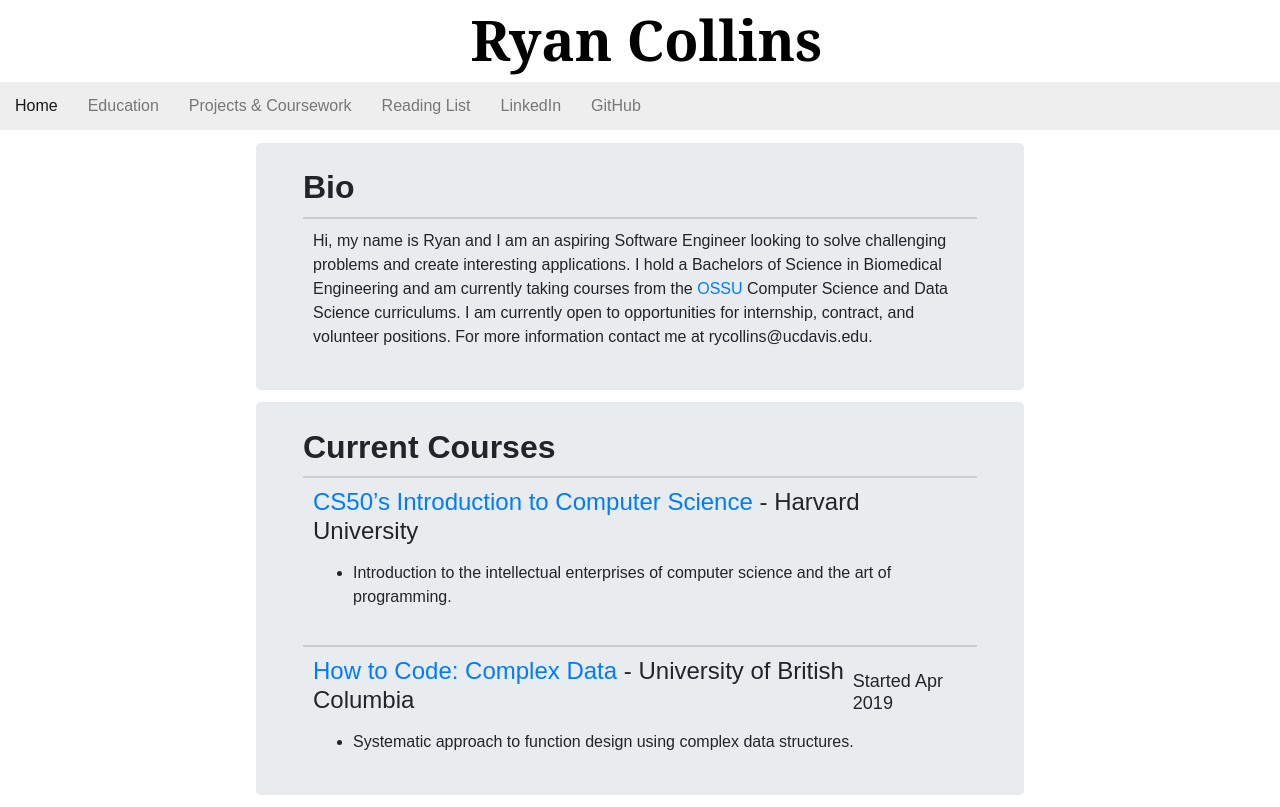
Repository: RyanMCollins/cs50
Page: pset5/homepage/home.html
The author's editor kept a record of every edit. The page is drawn from the files as they stood at one moment, then again after the next edit.
The browser window is 1280 px wide. The pictures show the whole page.

Above is the page before.

### pset5/homepage/home.html
<!DOCTYPE html>

<html lang="en">
    <head>
        <meta name="viewport" content="width=device-width, initial-scale=1, shrink-to-fit=no">
        <script src="https://code.jquery.com/jquery-3.3.1.slim.min.js" integrity="sha384-q8i/X+965DzO0rT7abK41JStQIAqVgRVzpbzo5smXKp4YfRvH+8abtTE1Pi6jizo" crossorigin="anonymous"></script>
        <script src="https://cdnjs.cloudflare.com/ajax/libs/popper.js/1.14.3/umd/popper.min.js" integrity="sha384-ZMP7rVo3mIykV+2+9J3UJ46jBk0WLaUAdn689aCwoqbBJiSnjAK/l8WvCWPIPm49" crossorigin="anonymous"></script>
        <script src="https://stackpath.bootstrapcdn.com/bootstrap/4.1.3/js/bootstrap.min.js" integrity="sha384-ChfqqxuZUCnJSK3+MXmPNIyE6ZbWh2IMqE241rYiqJxyMiZ6OW/JmZQ5stwEULTy" crossorigin="anonymous"></script>
        <link href="https://stackpath.bootstrapcdn.com/bootstrap/4.1.3/css/bootstrap.min.css" rel="stylesheet">
        <link href="styles.css" rel="stylesheet">
        <title>Homepage</title>
    </head>
    <body>
        <h1 id="site-title">
            <a href="/index">
                Ryan Collins
            </a>
        </h1>
        <nav class="navbar navbar-expand-lg navbar-light">
            <button class="navbar-toggler" type="button" data-toggle="collapse" data-target="#navbarSupportedContent"
            aria-controls="navbarSupportedContent" aria-expanded="false" aria-label="Toggle navigation">
                <span class="navbar-toggler-icon"></span>
            </button>

            <div class="collapse navbar-collapse" id="navbarSupportedContent">
                <div class="flex-even"></div>
                <div class="flex-even d-flex justify-content-center">
                    <ul class="navbar-nav" id="navbar-internal-links">
                      <li class="nav-item active">
                        <a class="nav-link" href="/home">Home<span class="sr-only">(current)</span></a>
                      </li>
                      <li class="nav-item">
                        <a class="nav-link" href="/education">Education<span class="sr-only">(current)</span></a>
                      </li>
                      <li class="nav-item">
                        <a class="nav-link" href="/projects">Projects & Coursework<span class="sr-only">(current)</span></a>
                      </li>
                      <li class="nav-item">
                        <a class="nav-link" href="/readlist">Reading List<span class="sr-only">(current)</span></a>
                      </li>
                    </ul>
                </div>
                <div class="flex-even d-flex justify-content-end">
                    <ul class="navbar-nav" id="navbar-external-links">
                      <li class="nav-item">
                        <a class="nav-link" target="_blank" href="https://linkedin.com/in/ryancollins2020">LinkedIn<span class="sr-only">(current)</span></a>
                      </li>
                      <li class="nav-item">
                        <a class="nav-link" target="_blank" href="https://github.com/RyanMCollins">GitHub<span class="sr-only">(current)</span></a>
                      </li>
                    </ul>
                </div>
            </div>
        </nav>
        <div class="jumbotron">
            <div class="container">
                <h2  class="main-header">
                    Bio
                </h2>
                <div class="sub-division">
                    <p>
                        Hi, my name is Ryan and I am an aspiring Software Engineer looking to solve challenging problems and create interesting
                        applications. I hold a Bachelors of Science in Biomedical Engineering and am currently taking courses from the
                        <a href="https://github.com/ossu">OSSU</a> Computer Science and Data Science curriculums. I am currently open to
                        opportunities for internship, contract, and volunteer positions. For more information contact me at
                        rycollins@ucdavis.edu.
                    </p>
                </div>
            </div>
        </div>
        <div class="jumbotron">
            <div class="container">
                <h2  class="main-header">
                    Current Courses
                </h2>
                <div class="sub-division">
                    <div class="sub-division-header">
                        <h4 class="sub-division-title">
                            <a href="https://www.edx.org/course/cs50s-introduction-computer-science-harvardx-cs50x">
                                CS50’s Introduction to Computer Science
                            </a>
                            - Harvard University
                        </h4>
                    </div>
                    <ul>
                        <li>
                            Introduction to the intellectual enterprises of computer science and the art of programming.
                        </li>
                    </ul>
                </div>
                <div class="sub-division">
                    <div class="sub-division-header">
                        <h4 class="sub-division-title">
                            <a href="https://www.edx.org/course/how-code-complex-data-ubcx-htc2x">How to Code: Complex Data</a>
                            - University of British Columbia
                        </h4>
                        <h4 class="sub-division-appendice date">
                            Started Apr 2019
                        </h4>
                    </div>
                    <ul>
                        <li>
                            Systematic approach to function design using complex data structures.
                        </li>
                    </ul>
                </div>
            </div>
        </div>
        <!--<div class="jumbotron">-->
        <!--    <div class="container">-->
        <!--        <h2  class="main-header">-->
        <!--            Interesting Stuff-->
        <!--        </h2>-->
                <!-- TODO -->
        <!--        <p>-->
        <!--            Link the interesting stuff here.-->
        <!--        </p>-->
        <!--    </div>-->
        <!--</div>-->
    </body>
</html>

### pset5/homepage/styles.css
body {
    font-size: 14;
    font-family: "Arial";
    min-height: 100vh;
}

#site-title {
    text-align: center;
    font-size: 350%;
    font-family: "Georgia";
    font-weight: bold;
    color: #000000;
    padding-left: 1%;
    padding-bottom: .7%;
    padding-top: .45%;
    margin: 0;
}

@media  screen and (max-width: 368px) {
    #site-title {
        font-size: 200%;
    }
}

#site-title a {
    color: inherit;
    text-decoration: none;
}

.navbar {
    padding: 0;
    /*padding: 0 1%;*/
    background-color: #eee;
}

.flex-break.flex-small {
    flex: 1;
}

.flex-break.flex-large {
    flex: 2;
}

@media  screen and (max-width: 990px) {
    .flex-break.flex-large, .flex-break.flex-small {
        justify-content: flex-start!important;
    }
}

.nav-item {
    padding: 0 5px;
    margin: 4px 2px;
}

.jumbotron {
    margin: 1% 20%;
    padding-top: 2%;
    padding-bottom: 5px;
}

.main-header {
    font-size: 200%;
    font-weight: bold;
}

.sub-division {
    border-top: solid #cccccc 2px;
    margin-top: 10px;
    margin-bottom: 10px;
    padding: 10px;
}

.sub-division-header {
    display: flex;
    padding-bottom: 15px;
}

.sub-division-title {
    font-size: 24px;
    float: left;
    margin-bottom: 0px;
    margin-top: auto;
}

.sub-division-appendice {
    font-size: 18px;
    margin-bottom: 0px;
    margin-top: auto;
}

.sub-division-appendice.date {
    margin-right: 0px;
    margin-left: auto;
}

.sub-division-author {
    font-size: 20px;
    padding-bottom: 10px;
}

After the next edit:
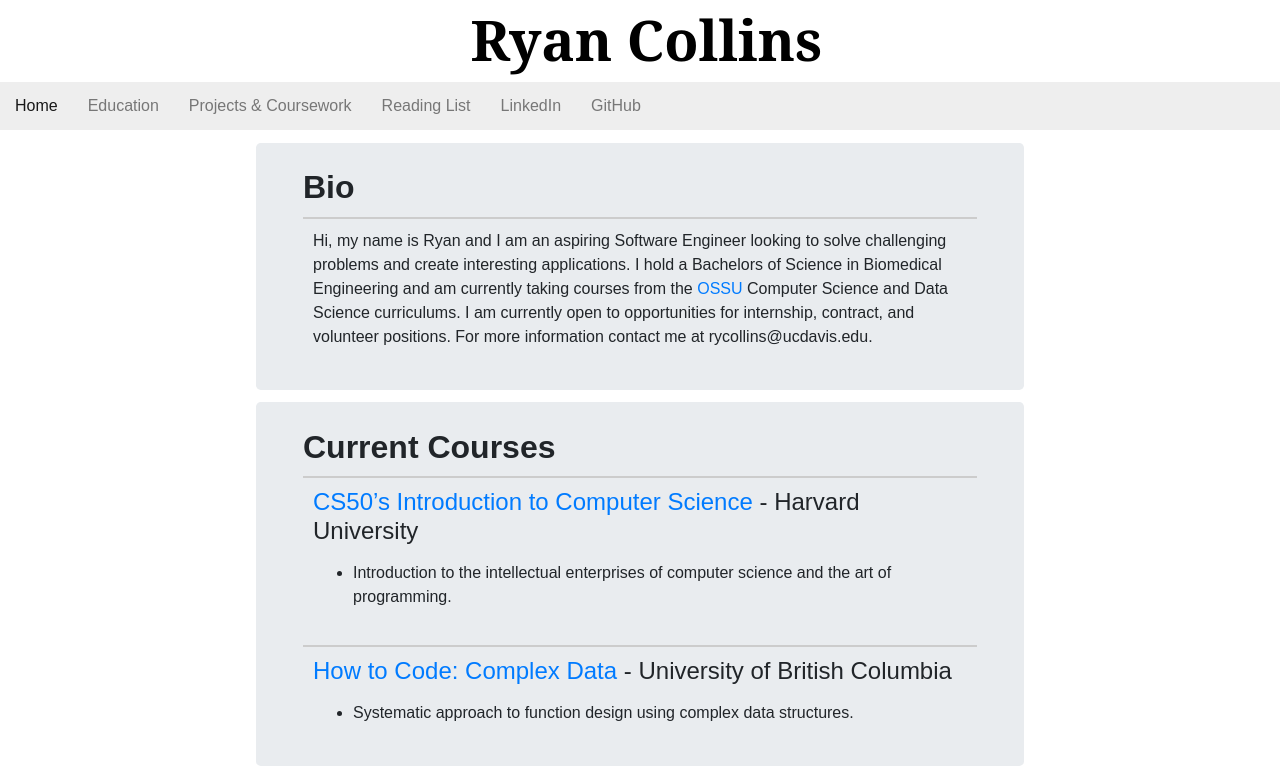
The edit:
--- a/pset5/homepage/home.html
+++ b/pset5/homepage/home.html
@@ -94,9 +94,6 @@
                             <a href="https://www.edx.org/course/how-code-complex-data-ubcx-htc2x">How to Code: Complex Data</a>
                             - University of British Columbia
                         </h4>
-                        <h4 class="sub-division-appendice date">
-                            Started Apr 2019
-                        </h4>
                     </div>
                     <ul>
                         <li>
